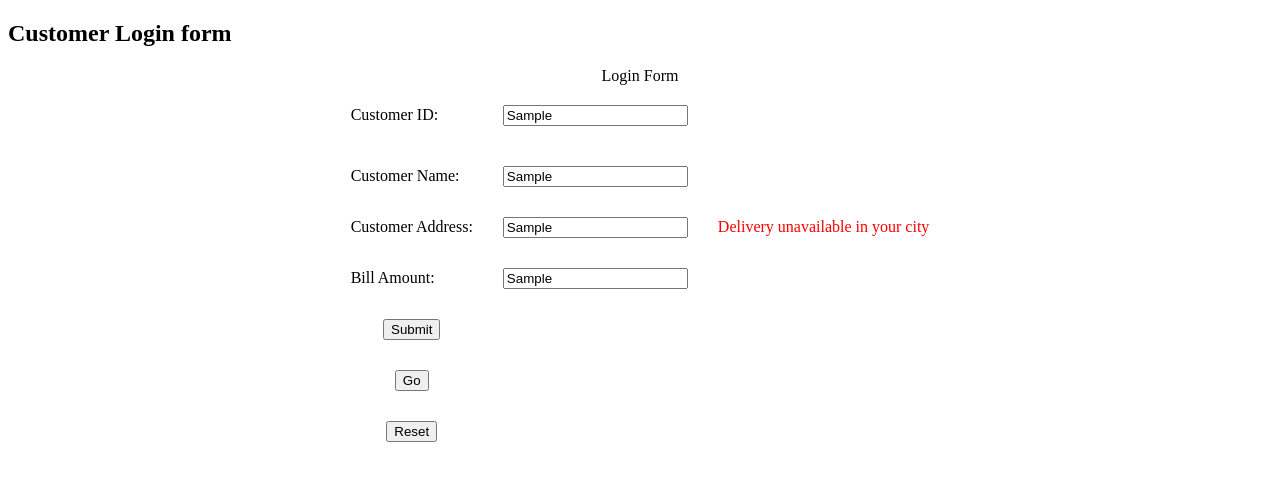
Repository: abhishek110597/Deloitte
Page: Workspace/JavaTraining/CustomerForm.html
These files come from the project's save history. The page is drawn as it stood at one moment and after the next save; the edit follows.
The browser window is 1280 px wide. The pictures show the whole page.
Empty fields were first filled with sample values (such as "Sample", 5 or name@example.com).
After loading, the first visible `#Go` was clicked once.

Above is the page before, as saved 2019-12-30 08:47:14.

After the next save:
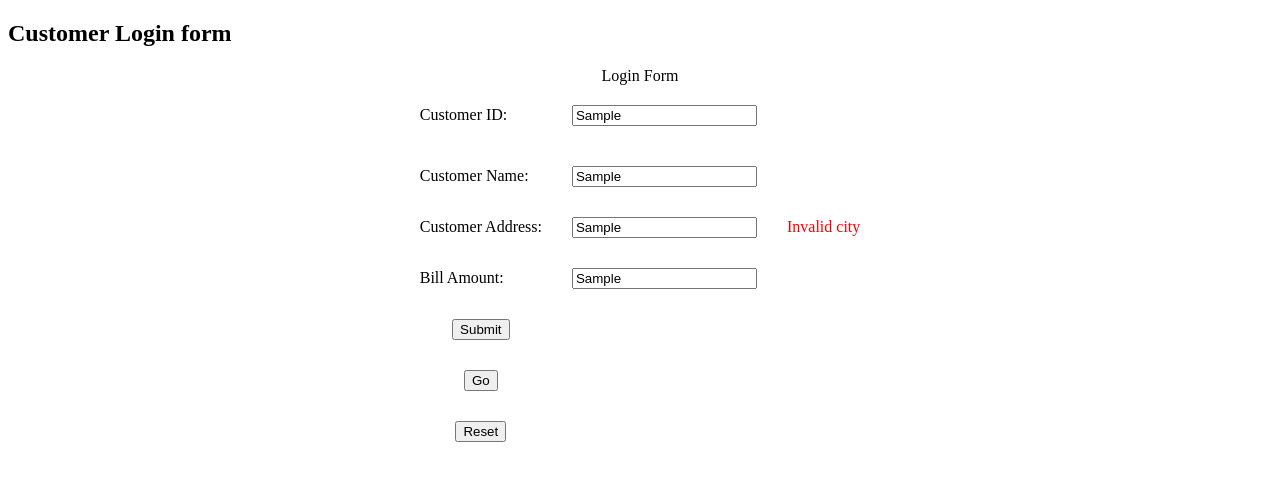
Saved 2 min 46 s later.
--- a/Workspace/JavaTraining/CustomerForm.html
+++ b/Workspace/JavaTraining/CustomerForm.html
@@ -22,14 +22,24 @@ function validate(){
 	if(customerAddress=="Pune"||customerAddress=="Mumbai"||customerAddress=="Delhi"){
 		errorCustomerAddress.innerHTML=""
 	}
-			else
-				errorCustomerAddress.innerHTML="<font color='red'>Delivery unavailable in your city"
+	else if(customerAddress==0)
+		{
+		errorCustomerAddress.innerHTML="<font color='red'>Enter the city"
+		}
+	else
+		errorCustomerAddress.innerHTML="<font color='red'>Invalid city"
 
-	if(customerId==0||customerId.length<6){
-						errorCustomerId.innerHTML="<font color='red'>Invalid CustomerID, Must have atleast 6 characters"
+	if(customerName==0){
+						errorCustomerName.innerHTML="<font color='red'>Invalid Customer Name"
 					}
 					else
-						errorCustomerId.innerHTML=""
+						errorCustomerName.innerHTML=""
+if(customerName==0){
+								errorCustomerId.innerHTML="<font color='red'>Invalid Customer Name"
+							}
+							else
+								errorCustomerId.innerHTML=""
+
 }
 </script>
 </head>
